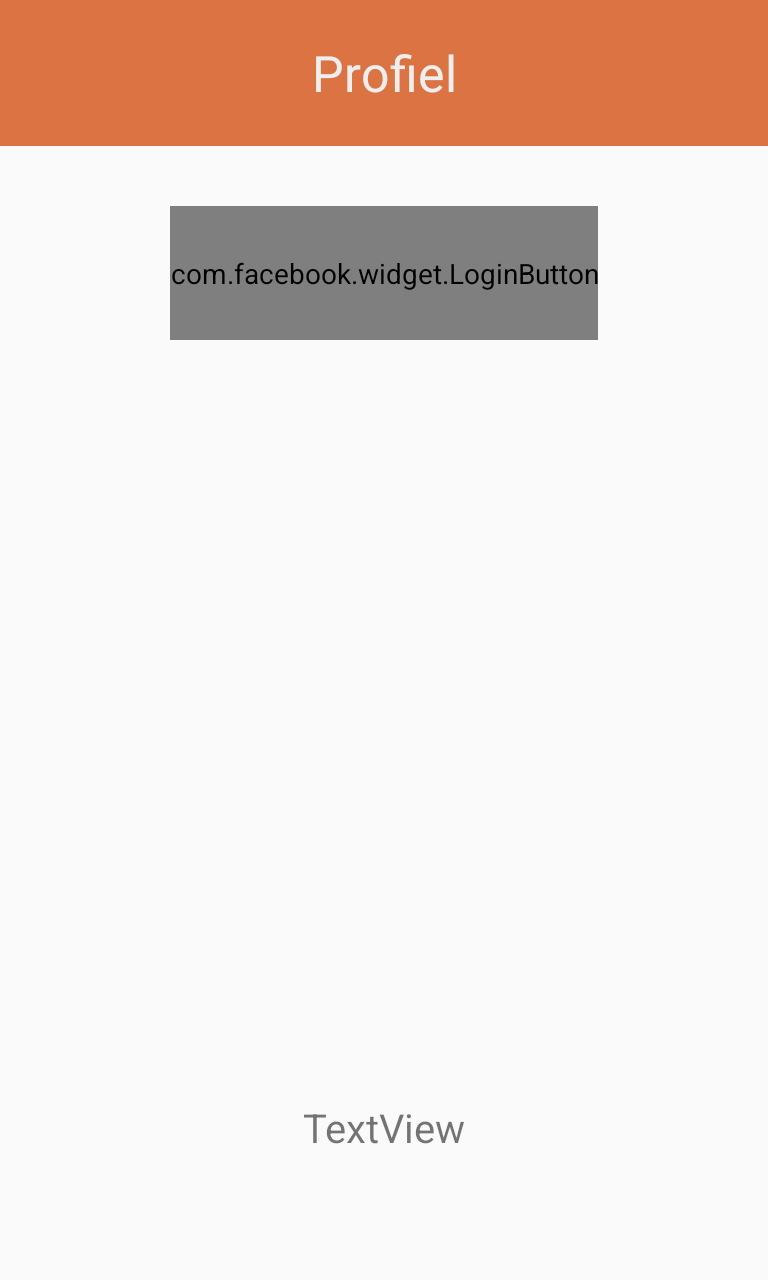
Repository: MarcSelles/BeatYourBucketAndroid
Layout: The_app/BeatYourBucket/res/layout/fragment_profile.xml
These files come from the project's save history. The layout is drawn as it stood at one moment and after the next save; the edit follows.
Pictures or frames that could not be fetched are drawn as grey boxes. It is drawn on a 768 x 1280 px phone screen (xhdpi) without system bars, with theme AppTheme; the app's code is not run.

Above is the layout before, as saved 2015-01-27 11:57:23.

### The_app/BeatYourBucket/res/layout/fragment_profile.xml
<?xml version="1.0" encoding="utf-8"?>
<LinearLayout xmlns:android="http://schemas.android.com/apk/res/android"
        xmlns:tools="http://schemas.android.com/tools"
        android:layout_width="match_parent"
        android:layout_height="match_parent"
        android:orientation="vertical"
        android:weightSum="1"
        tools:context=".DeviceFragment" >

    <TextView
        android:id="@+id/textView"
		 android:layout_width="fill_parent"
		 android:layout_height="0sp"
		 android:layout_weight="0.12"
		 android:textSize="25sp"
		 android:textColor="#EEEEEE"
		 android:gravity="center"
		 android:background="#DB7343"
		 android:text="Profiel" />

    <com.facebook.widget.LoginButton
        android:id="@+id/authButton"
        android:layout_width="wrap_content"
        android:layout_height="0sp"
        android:layout_weight="0.11"
        android:layout_gravity="center_horizontal"
        android:layout_marginTop="30dp"
        />

    <ImageView
        android:id="@+id/imageView"
        android:layout_width="match_parent"
        android:layout_height="0sp"
        android:layout_gravity="center"
        android:layout_weight="0.55" />

    <TextView
        android:id="@+id/nameview"
        android:layout_width="match_parent"
        android:layout_height="0sp"
        android:layout_weight="0.19"
        android:gravity="center"
        android:text="TextView"
        android:textSize="20sp" />
/>


</LinearLayout>

Loaded but not shown: The_app/BeatYourBucket/res/values/styles.xml (common file); The_app/BeatYourBucket/res/values-v11/styles.xml (common file); The_app/BeatYourBucket/res/values-v14/styles.xml (common file)

After the next save:
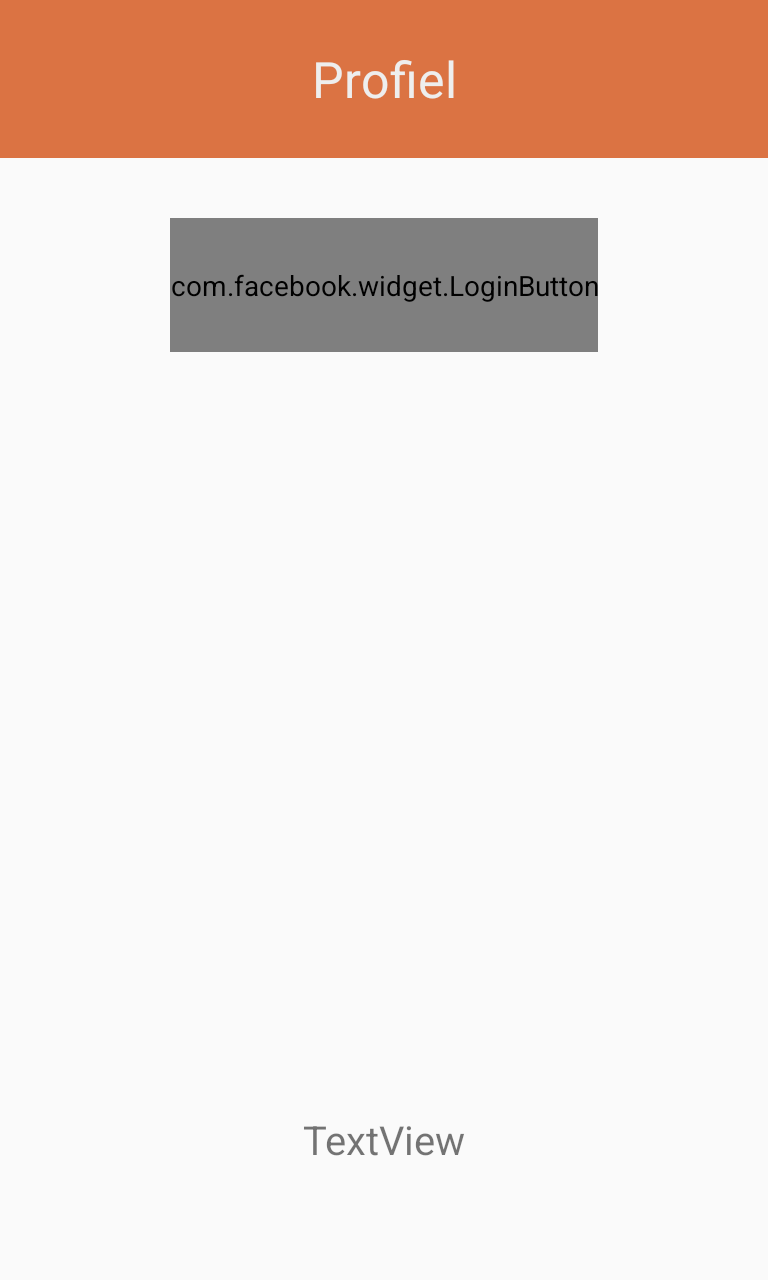
Saved 37 s later.
--- a/The_app/BeatYourBucket/res/layout/fragment_profile.xml
+++ b/The_app/BeatYourBucket/res/layout/fragment_profile.xml
@@ -11,7 +11,7 @@
         android:id="@+id/textView"
 		 android:layout_width="fill_parent"
 		 android:layout_height="0sp"
-		 android:layout_weight="0.12"
+		 android:layout_weight="0.13"
 		 android:textSize="25sp"
 		 android:textColor="#EEEEEE"
 		 android:gravity="center"

After the save that followed:
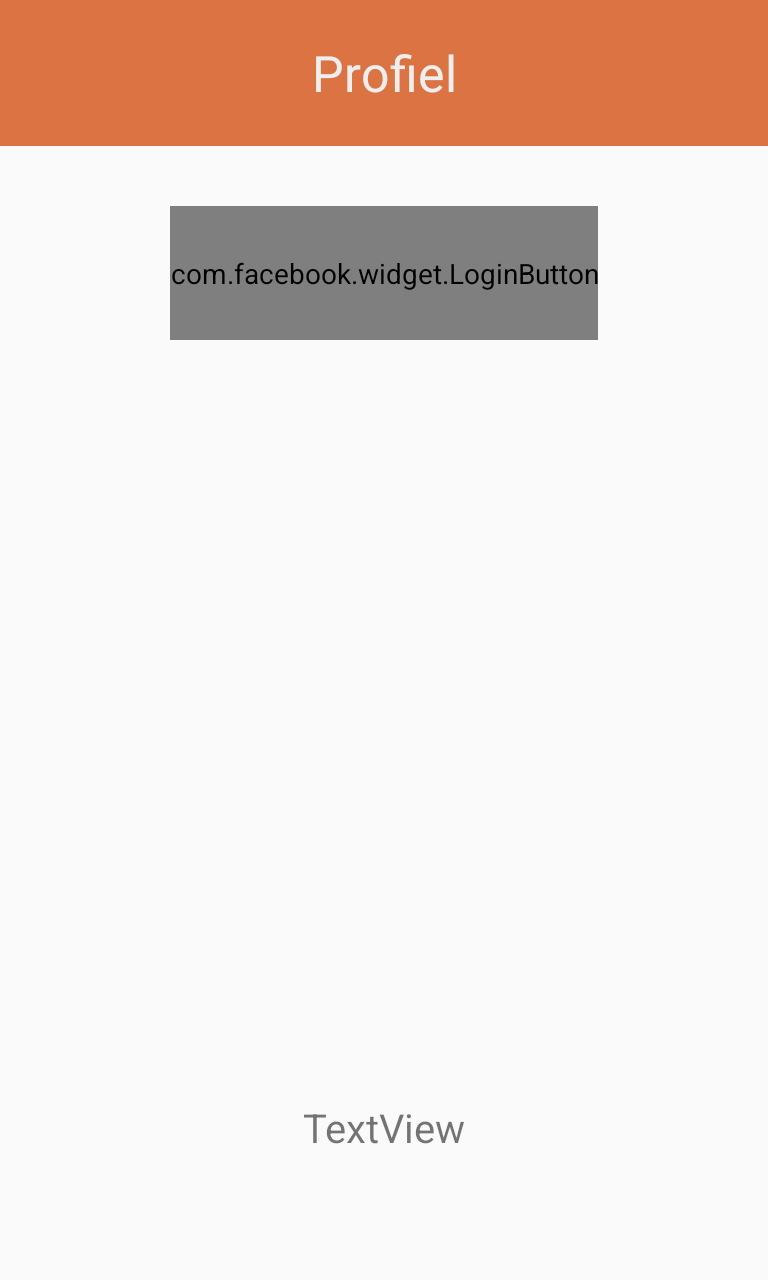
Saved 41 s later.
--- a/The_app/BeatYourBucket/res/layout/fragment_profile.xml
+++ b/The_app/BeatYourBucket/res/layout/fragment_profile.xml
@@ -11,7 +11,7 @@
         android:id="@+id/textView"
 		 android:layout_width="fill_parent"
 		 android:layout_height="0sp"
-		 android:layout_weight="0.13"
+		 android:layout_weight="0.12"
 		 android:textSize="25sp"
 		 android:textColor="#EEEEEE"
 		 android:gravity="center"
